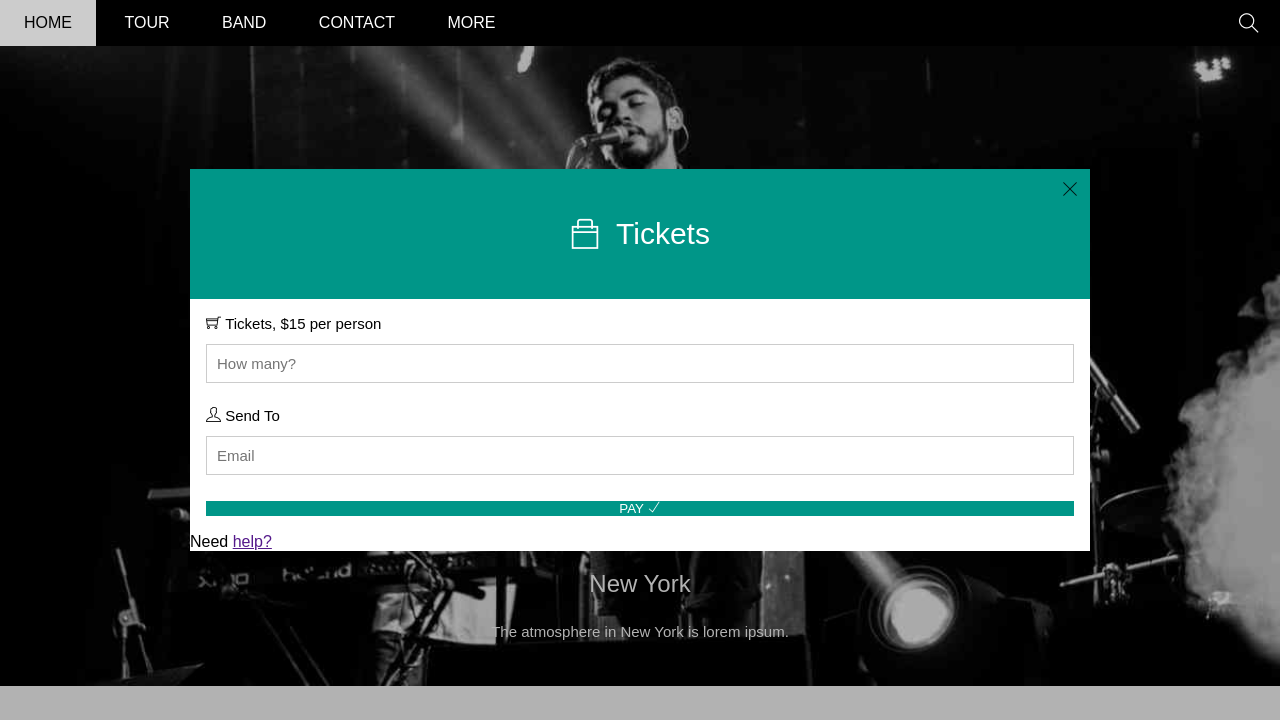
Repository: duyhung0311/band_music
Page: index.html
These files come from the project's save history. The page is drawn as it stood at one moment and after the next save; the edit follows.
The browser window is 1280 px wide. The pictures show the window.
A layer covers the whole window, so only the first screen is drawn.

Above is the page before, as saved 2021-08-15 09:44:39.

After the next save:
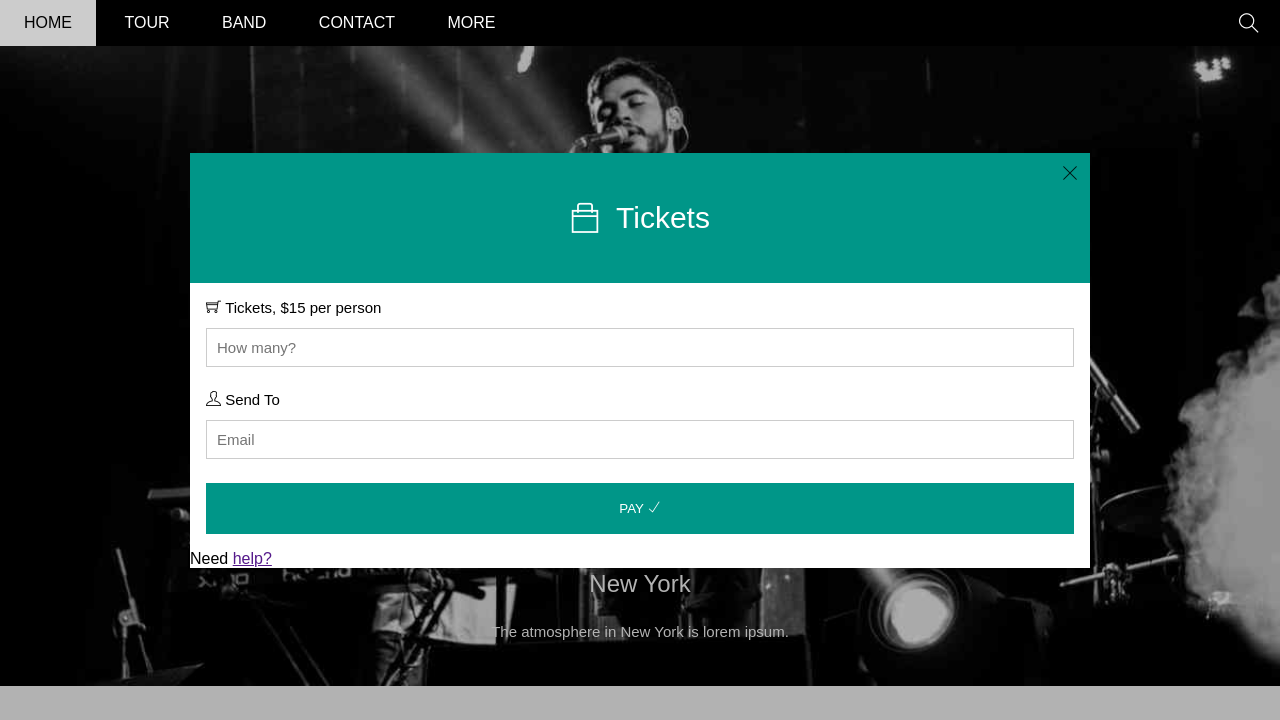
Saved 43 s later.
--- a/assets/css/style.css
+++ b/assets/css/style.css
@@ -348,4 +348,5 @@
       color:#fff;
       width: 100%;
       text-transform: uppercase;
-}
+      padding:18px;
+}
